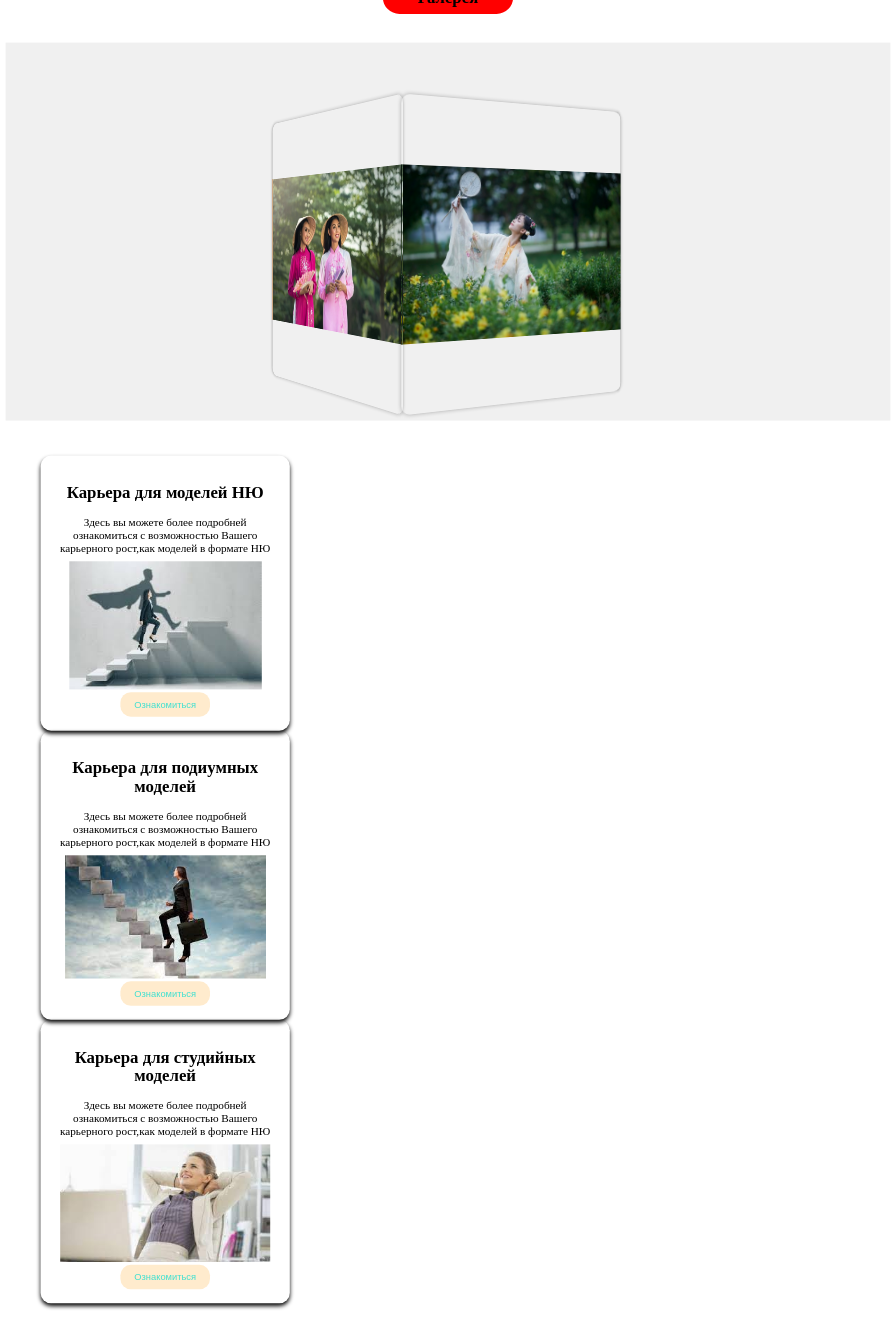
Repository: qtqqrdy13/model-studio
Page: index.html
These files come from the project's save history. The page is drawn as it stood at one moment and after the next save; the edit follows.
The browser window is 1280 px wide. The pictures show the part of the page from y = 1917 to 3837 px (the page is 3837 px tall), at 70% of full size.
A picture or video elsewhere on the page could not be fetched, so the positions and the page height are approximate.

Above is the page before, as saved 2023-09-01 13:55:29.

### index.html
<!DOCTYPE html>
<html lang="RU">

<head>
    <meta charset="UTF-8">
    <meta name="viewport" content="width=device-width, initial-scale=1.0">
    <title>model studio</title>
    <link rel="stylesheet" type="text/css" href="style.css">
</head>

<body>
    <header class="header">
        <div class="conteiner">
            <div class="header_inner">
                <div class="header_logo">
                    MS15
                </div>
                <nav class="nav">
                    <a class="nav_link" href="#">Про нас</a>
                    <a class="nav_link" href="#">Для моделей</a>
                    <a class="nav_link" href="#">Галерея</a>
                    <a class="nav_link" href="#">Карьера</a>
                    <a class="nav_link" href="#">Услуги</a>
                    <a class="nav_link" href="#">Контакты</a>
                </nav>
            </div>
        </div>
    </header>

    <div class="intro">
        <div class="intro__inner">
            <h2 class="intro_suptitle">
                Добро пожаловать!
            </h2>
            <h1 class="intro_title">
                На наш сайт
            </h1>
            <a class="button">
                Читать далее
            </a>
        </div>
        <img src="../java/img/ответственная-стильная-девушка-отдающая-приветствие-слушая-порядок-217387674.webp" alt="">

    </div>
    <div id="about_us">
        <div class="announcement">
            <h2 class="title">
                Про нас
            </h2>
        </div>
    </div>
    <div class="welcome_conteiner">
        <div class="text_content">
            <h1>
                МЫ СУПЕР НОВАЯ КРУТАЯ МОДЕЛЬНАЯ СТУДИЯ
            </h1>
            <p>
                Lorem ipsum dolor sit amet consectetur adipiscing elit mollis interdum, ac parturient magnis ultricies
                congue gravida nulla vivamus sem, purus maecenas id vestibulum odio aptent facilisis ante. Finibus mi
                enim porta tristique ipsum conubia viverra bibendum praesent, rhoncus pellentesque senectus vestibulum
                odio ornare curabitur feugiat nec dictum, montes nascetur fringilla netus efficitur himenaeos elementum
                facilisis. Amet purus commodo vel nullam vulputate non mi sagittis ac, malesuada vehicula varius
                phasellus tristique tempor ullamcorper facilisis, sem quisque morbi consequat curae imperdiet eros
                libero.
            </p>
            <a class="clicker" href="#">
                Читать дальше
            </a>
        </div>
        <div class="image_content">
            <img src="../ргн.png">
        </div>
    </div>
    <div id="for_models">
        <div class="announcement">
            <h2 class="title">
                Для моделей
            </h2>
        </div>
    </div>
    <div class="wrapper">
        <div class="block">
            <img src="../java/img/Без названия (1).jpg">
            <div class="information">
                <h1>
                    Хочу Вас познакомить с шикарными девушками которые готовы работать в формате nu.
                </h1>
                <p>
                    Тыкайте сюда.
                </p>
                <a href="#" class="btn">
                    Далее
                </a>
            </div>
        </div>
        <div class="block">
            <img src="../java/img/Без названия (2).jpg">
            <div class="information">
                <h1>
                    Хочу Вас познакомить с шикарными девушками которые готовы работать в формате nu.
                </h1>
                <p>
                    Тыкайте сюда.
                </p>
                <a href="#" class="btn">
                    Далее
                </a>
            </div>
        </div>
        <div class="block">
            <img src="../java/img/Без названия (3).jpg">
            <div class="information">
                <h1>
                    Хочу Вас познакомить с шикарными девушками которые готовы работать в формате nu.
                </h1>
                <p>
                    Тыкайте сюда.
                </p>
                <a href="#" class="btn">
                    Далее
                </a>
            </div>
        </div>
        <div class="block">
            <img src="../java/img/images.jpg">
            <div class="information">
                <h1>
                    Хочу Вас познакомить с шикарными девушками которые готовы работать в формате nu.
                </h1>
                <p>
                    Тыкайте сюда.
                </p>
                <a href="#" class="btn">
                    Далее
                </a>
            </div>
        </div>
        <div class="block">
            <img src="../java/img/images (1).jpg">
            <div class="information">
                <h1>
                    Хочу Вас познакомить с шикарными девушками которые готовы работать в формате nu.
                </h1>
                <p>
                    Тыкайте сюда.
                </p>
                <a href="#" class="btn">
                    Далее
                </a>
            </div>
        </div>
        <div class="block">
            <img src="../java/img/images (2).jpg">
            <div class="information">
                <h1>
                    Хочу Вас познакомить с шикарными девушками которые готовы работать в формате nu.
                </h1>
                <p>
                    Тыкайте сюда.
                </p>
                <a href="#" class="btn">
                    Далее
                </a>
            </div>
        </div>
    </div>
    <div id="gallery">
        <div class="announcement">
            <h2 class="title">
                Галерея
            </h2>
        </div>
    </div>
    <div class="carusel-conteiner">
        <div class="carusel">
            <div class="slide">
                <img src="../java/img/q.webp">
            </div>
            <div class="slide">
                <img src="../java/img/w.jpg">
            </div>
            <div class="slide">
                <img src="../java/img/e.jpg">
            </div>
            <div class="slide">
                <img src="../java/img/r.jpg">
            </div>
            <div class="slide">
                <img src="../java/img/t.jpg">
            </div>
        </div>
    </div>
    </div>

    <div class="suction">

        <div class="category">
            <h2>
                Карьера для моделей НЮ
            </h2>
            <p>
                Здесь вы можете более подробней ознакомиться с возможностью Вашего карьерного рост,как моделей в формате
                НЮ
            </p>
            <img src="../java/img/kariera2.jpg" alt="image1">
            <button class="baton">
                Ознакомиться
            </button>
        </div>
        <div class="category">
            <h2>
                Карьера для подиумных моделей
            </h2>
            <p>
                Здесь вы можете более подробней ознакомиться с возможностью Вашего карьерного рост,как моделей в формате
                НЮ
            </p>
            <img src="../java/img/kariera.jpg" alt="image2">
            <button class="baton">
                Ознакомиться
            </button>
        </div>
        <div class="category">
            <h2>
                Карьера для студийных моделей
            </h2>
            <p>
                Здесь вы можете более подробней ознакомиться с возможностью Вашего карьерного рост,как моделей в формате
                НЮ
            </p>
            <img src="../java/img/kariera3.jpg" alt="image3">
            <button class="baton">
                Ознакомиться
            </button>
        </div>
    </div>
</body>

</html>

### style.css
.header {
    background-color: burlywood;
    color: black;
    padding: 5px;
}

.conteiner {
    max-width: 1200px;
    margin: 0 auto;
}

.header_inner {
    display: flex;
    justify-content: space-between;
    align-items: center;
}

.header_logo {
    font-size: 24px;
    font-weight: bold;
}

.nav {
    display: flex;
}

.nav_link {
    margin-left: 30px;
    text-decoration: none;
    color: black;
    transition: color 0.3s ease;
    align-items: flex-end;
    justify-content: space-between;
}

.nav_link:hover {
    color: crimson;
    font-size: 20px;

}

.nav_link::before {
    position: absolute;
    width: 100%;
    background-color: deeppink;
    transform: scaleX(0);
    transition: transform 0.3s ease;

}

.nav.link:hover::before {
    transform: scaleX(1);
}

.announcement {
    height: 3px;
    background-color: darkmagenta;
    display: flex;
    justify-content: center;
    align-items: center;
    margin: 2% 2%;
}

.title {
    animation-name: fade-in;
    animation-duration: 0.3s;
    text-align: center;
    text-decoration: none;
    color: black;
    background-color: red;
    border-radius: 30px;
    padding: 10px 50px;
}

.title:hover {
    background-color: cadetblue;
    color: coral;
    font-size: 24px;
}

@keyframes fade-in {
    from {
        opacity: 0;
    }

    to {
        opacity: 1;
    }
}

.intro {
    position: relative;
    width: 100%;
    height: auto;
    display: flex;
    align-items: center;
    justify-content: center;
    overflow: hidden;



}

.intro img {
    width: 100%;
    height: auto;
    top: 0;
    left: 0;
    animation: fade-in 1s ease-in-out;
    z-index: -1;
    position: relative;
    display: inline-block;

}

.intro__inner {
    text-align: center;
    z-index: 1;
    position: absolute;
    top: 50%;
    left: 50%;
    transform: translate(-50% -50%);



}

.intro_suptitle {
    font-size: 24px;
    color: aqua;
    margin-bottom: 20px;

}

.intro_title {
    font-size: 18px;
    color: blanchedalmond;
    margin-bottom: 20px;
}

.button {
    display: inline-block;
    padding: 10px 18px;
    background-color: azure;
    color: fuchsia;
    font-size: 16px;
    text-decoration: none;
    border-radius: 5px;
}

.button:hover {
    background-color: antiquewhite;
    color: beige;
    font-size: 24px;
}

@keyframes fade-in {
    from {
        opacity: 0;
    }

    to {
        opacity: 1;
    }

}

.wrapper {
    display: flex;
    flex-wrap: wrap;
    justify-content: space-evenly;
    margin-top: 5%;

}

.block {
    width: calc(30.33% - 20px);
    margin: 10px;
    position: relative;
    overflow: hidden;
    border-radius: 10px;
    box-shadow: 0 0 5px black;



}

.block:hover {
    box-shadow: 0 0 10px black;
    transform: scale(0.9);
}

.block:hover img {
    transform: scale(1.1);
}

.block img {
    width: 100%;
    height: auto;
    object-fit: cover;

}

.information {
    position: absolute;
    bottom: 0;
    left: 0;
    width: 100%;
    padding: 15px;
    background-color: grey;
    color: red;
    opacity: 0;
    transition: opacity 0.3s ease-in-out;
}

.information h1,
p {
    margin: 0;
    padding: 0;
}

.block:hover .information {
    opacity: 1;
}

.btn {
    display: inline-block;
    padding: 10px 20px;
    background-color: brown;
    color: navy;
    text-decoration: none;
    border-radius: 15px;
    margin-top: 5px;
}

.btn:hover {
    background-color: green;
    color: pink;

}

.carusel-conteiner {
    perspective: 1000px;
    display: flex;
    justify-content: center;
    align-items: center;
    height: 75vh;
    background-color: #f0f0f0;
    margin-top: 5%;
}

.carusel {
    width: 300px;
    height: 300px;
    position: relative;
    margin: auto;
    transform-style: preserve-3d;
    animation: rotate 15s infinite linear;
    transform: translateZ(-200px);
}

.slide {
    width: 293px;
    height: 350px;
    position: absolute;
    display: flex;
    justify-content: center;
    align-items: center;
    background-color: #f0f0f0;
    box-shadow: 0px 0px 5px rgba(0, 0, 0, 0.3);
    transform-origin: center center;
    border-radius: 10px;
}

.slide img {
    max-width: 100%;
    max-height: 100%;

}

.slide:nth-child(1) {
    transform: rotateY(0deg) translateZ(200px);
}

.slide:nth-child(2) {
    transform: rotateY(72deg) translateZ(200px);
}

.slide:nth-child(3) {
    transform: rotateY(144deg) translateZ(200px);
}

.slide:nth-child(4) {
    transform: rotateY(216deg) translateZ(200px);
}

.slide:nth-child(5) {
    transform: rotateY(288deg) translateZ(200px);
}

@keyframes rotate {

    0%,
    100% {
        transform: rotateY(0deg);
    }

    20% {
        transform: rotateY(-72deg);
    }

    40% {
        transform: rotateY(-144deg);
    }

    60% {
        transform: rotateY(-216deg);
    }

    80% {
        transform: rotateY(-288deg);
    }
}

.welcome_conteiner {
    display: flex;
    align-items: center;
    justify-content: space-between;
    max-width: 1200px;
    margin: 0 auto;
    padding: 50px;
    background-color: bisque;
    box-shadow: 0px 3px 10px black;
    font-family: 'Gill Sans', 'Gill Sans MT', Calibri, 'Trebuchet MS', sans-serif;
}

.text-content {
    flex: 1;
    padding: 20px;
}

.text-content h1 {
    font-size: 36px;
    margin-bottom: 10px;
}

.text-content p {
    font-size: 18px;
    color: darkblue;
    margin-bottom: 20px;
}

.clicker {
    display: inline-block;
    padding: 10px 20px;
    background-color: navy;
    border-radius: 5px;
    color: gold;
    text-decoration: none;
    transition: background-color 0.3s ease;
    margin-top: 20px;
}

.clicker:hover {
    background-color: gold;
    color: navy;
}

.image_content {
    max-width: 100%;
    height: auto;
    animation: floatAnimation 0.3s infinite;
}

@keyframes floatAnimation {

    0%,
    100% {
        transform: translateY(0);
    }

    50% {
        transform: translateY(-10px);
    }

}

@media (max-width:768px) {
    .welcome_conteiner {
        flex-direction: column;
        text-align: center;
    }

    .image_content {
        margin-top: 20px;
    }
}

.category {
    width: 50%;
    padding: 20px;
    margin: o auto 20px;
    border-radius: 15px;
    box-shadow: 0 4px 6px black;
    transition: transform 0.2s, box-shadow 0.2s;

}

.category:hover {
    transform: translateY(-5px);
    box-shadow: 0 6px 8px black;
}

.category img {
    max-width: 100%;
    height: auto;
    margin-top: 10px;
}

.baton {
    display: inline-block;
    background-color: blanchedalmond;
    color: turquoise;
    border-radius: 15px;
    padding: 10px 20px;
    border: none;
    cursor: pointer;
}

.baton:hover {
    background-color: turquoise;
    color: blanchedalmond;

}

.suction {
    text-align: center;
    padding: 50px;
    max-width: 800px;
    width: 50%;



}

After the next save:
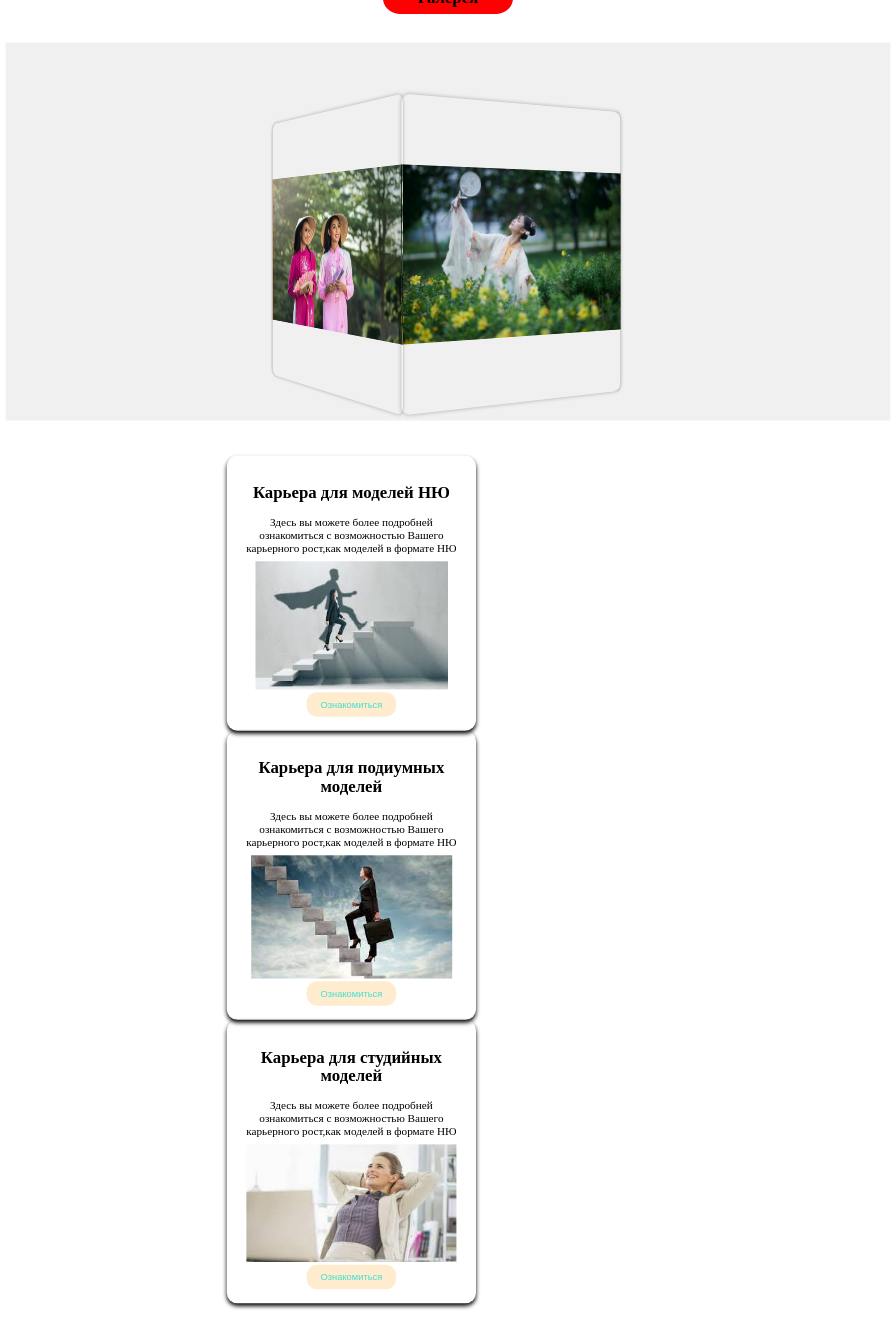
Saved 51 s later.
--- a/style.css
+++ b/style.css
@@ -438,7 +438,8 @@ p {
     padding: 50px;
     max-width: 800px;
     width: 50%;
-
-
-
-}
+    margin:0 auto;
+
+
+
+}
